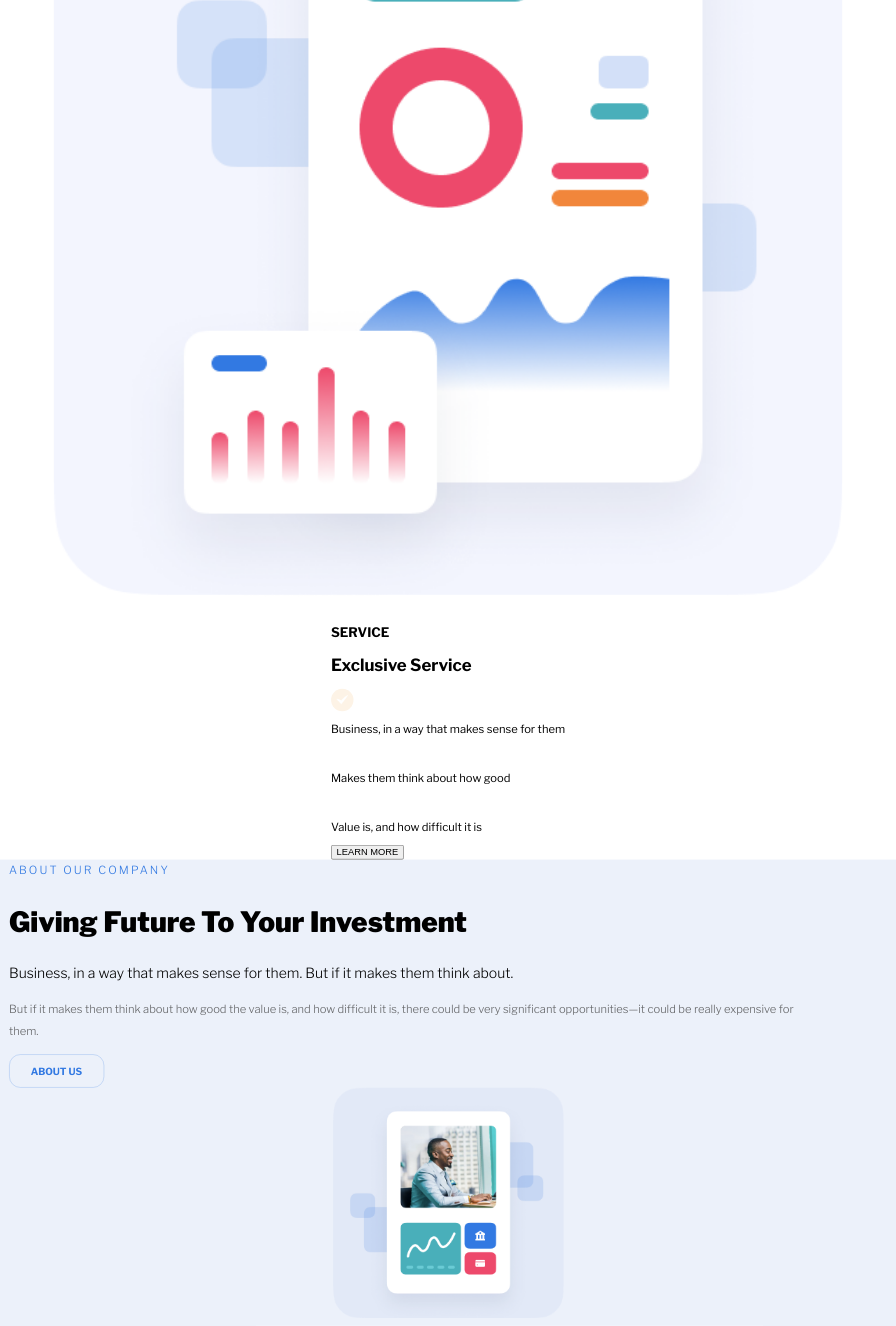
Repository: adryelfelipe/frontend-prova
Page: prova-figma/Prova/index.html
An editor plug-in stored every save of this project. The page is shown before and after a run of saves, followed by the edit.
The browser window is 1280 px wide. The pictures show the part of the page from y = 1920 to 3840 px (the page is 3814 px tall before and 3840 px after), at 70% of full size.

Above is the page before, as saved 2026-06-22 19:12:15.

### prova-figma/Prova/index.html
<!DOCTYPE html>
<html lang="en">
<head>
    <meta charset="UTF-8">
    <meta name="viewport" content="width=device-width, initial-scale=1.0">
    <link rel="stylesheet" href="style/variaveis.css">
    <link rel="stylesheet" href="./style/style.css">
    <title>Document</title>
</head>
<body>
    <header>
        <h2>MNY</h2>

        <nav>
            <p>About</p>
            <p>Features</p>
            <p>Services</p>
            <p>Pricing</p>
            <p>Blog</p>
        </nav>

        <button>CONTACT</button>

        <img src="./assets/icon/hamburguer.svg" alt="">
    </header>
    <main>
        <section class="hero">
            <article class="hero-first-article">
                <h3 class="subtitle-base hero-subtitle">MAKE MONEY</h3>
                <h1 class="title-base hero-title">Grow Your Money Like Never Before</h1>
                <p class="paragraph hero-paragraph">Business, in a way that makes sense for them. But if it makes them think about how good the value.</p>
                <button class="hero-button">GET STARTED</button>
            </article>
            <article class="hero-second-article">
                <!-- <img class src="assets/img/homem-terno.png" alt=""> -->
            </article>
        </section>

        <section class="service">
            <div class="service-container">
                <article class="service-card">
                    <div class="bg-icon-fly">
                        <img src="./assets/icon/icon1-fly-section2.svg" class="icon-fly" alt="">
                    </div>

                    <h3 class="subtitle-tertiary">Strong Security</h3>
                    <p class="paragraph">Way that makes sense for them. But if it makes them think about how good the value is, and how difficult it is.</p>
                </article>

                <article class="service-card">
                    <div class="bg-icon-backpack">
                        <img src="./assets/icon/icon2-backpack-section2.png" class="icon-backpack" alt="">
                    </div>

                    <h3 class="subtitle-tertiary">Creative Solutions</h3>
                    <p class="paragraph">But if it makes them think about how good the value is, and how difficult it is, there could be very significant.</p>
                </article>

                <article class="service-card">
                    <div class="bg-icon-rocket">
                        <img src="./assets/icon/icon3-rocket-section2.png" class="icon-rocket" alt="">
                    </div>

                    <h3 class="subtitle-tertiary">Free Online</h3>
                    <p class="paragraph">Good the value is, and how difficult it is, there could be very significant opportunities.</p>
                </article>
            </div>

            <div class="service-container-line">

            </div>

            <img src="./assets/img/infos-section2.png" class="service-img" alt="">

            <article>
                <h3>SERVICE</h3>
                <h2>Exclusive Service</h2>

                <div>
                    <div class="bg-icon-correct">
                        <img src="./assets/icon/correct-icon-section2.png" class="icon-correct" alt="">
                    </div>

                    <p>Business, in a way that makes sense for them</p>
                </div>

                <div>
                    <img src="./assets/icon/correct-icon-section2.png" alt="">
                    <p>Makes them think about how good</p>
                </div>

                <div>
                    <img src="./assets/icon/correct-icon-section2.png" alt="">
                    <p>Value is, and how difficult it is</p>
                </div>

                <button>LEARN MORE</button>
            </article>
        </section>
        <section class="our-company">
            <article class="company-first-article">
                <h3 class="subtitle-base company-subtitle">ABOUT OUR COMPANY</h3>
                <h2 class="subtitle-secondary">Giving Future To Your Investment</h2>
                <p class="company-paragraph">Business, in a way that makes sense for them. But if it makes them think about.</p>
                <p class="paragraph company-paragraph-second">But if it makes them think about how good the value is, and how difficult it is, there could be very significant opportunities—it could be really expensive for them.</p>
                <button class="company-button">ABOUT US</button>
            </article>
            <article class="company-second-article">
                <img src="assets/img/our-company.png" alt="">
            </article>
        </section>
    </main>
</body>
</html>

### prova-figma/Prova/style/variaveis.css
@import url('https://fonts.googleapis.com/css2?family=Libre+Franklin:ital,wght@0,100..900;1,100..900&display=swap');

:root {
    --primary-color: #FFFFFF;
    --header-icon-border-color: rgba(255, 255, 255, 0.3);
    --bg-color: rgba(50, 121, 226, 1);

    --subtitle: rgba(170, 196, 234, 1);

    --normal-line: rgba(213, 214, 225, 1);

    /*Icons Session 2*/
    --bg-icon-fly: rgba(230, 247, 248, 1);
    --bg-icon-backpack: rgba(252, 237, 240, 1);
    --bg-icon-rocket: rgba(253, 243, 230, 1);
    --bg-icon-correct: rgba(50, 121, 226, 1);

    --icon-fly-color: rgba(73, 175, 186, 1);
    --icon-backpack-color: rgba(237, 73, 107, 1);
    --icon-rocket-color: rgba(241, 134, 59, 1);
    --icon-correct-color: rgba(255, 255, 255, 1)
}

.title-base{
    font-family: 'Libre Franklin';
    font-weight: 900;
    font-size: 3.5rem;
    line-height: 64px;
    letter-spacing: -1px;
}

.subtitle-base{
    margin: 0;
    font-family: 'Libre Franklin';
    font-weight: 300;
    font-size: 1rem;
    line-height: 32px;
    letter-spacing: 3px;
    text-transform: uppercase;
}

.subtitle-secondary{
    font-family: 'Libre Franklin';
    font-weight: 900;
    font-size: 2.5rem;
    line-height: 48px;
    letter-spacing: 0px;
}

.subtitle-tertiary{
    font-family: Libre Franklin;
    font-weight: 900;
    font-size: 24px;
    line-height: 32px;
    letter-spacing: 0px;
}

.paragraph{
    font-family: 'Libre Franklin';
    font-weight: 300;
    font-size: 1rem;
    line-height: 32px;
    letter-spacing: 0px;
}

### prova-figma/Prova/style/style.css
body{
    font-family:"Libre Franklin";
    margin: 0px;
}

/* HEADER */
header{
    display: flex;
    justify-content: space-around;
    align-items: center;
    background-color: var(--bg-color);
}

header nav{
    display: none;
}

header button{
    display: none;
}

header img {
    border: solid 1px var(--header-icon-border-color);
    border-radius: 16px;
}

header h2 {
    color: var(--primary-color);
}


/* SECTION HERO */
.hero{
    background: linear-gradient(135deg, #3279E2 0%, #CACAEB 100%);
    margin-bottom: 80px;
}

.hero-first-article{
    width: 98%;                     /*OBSERVAÇÃO IMPORTANTE EM QUESTÃO          DO POSICIONAMENTO E FIDELIDADE AO FIGMA*/
    justify-self: center;           /*O POSICIONAMENTO FOI ALTERADO POIS, EMBORA A TIPOGRAFIA TENHA SIDO COPIADA EXTRITAMENTE SEMLHANTE AO FIGMA OS TAMANHOS E POSICIONAMENTOS DA TELA NA RESOLUÇÃO MÍNIMA INDICADA NÃO DARIAM CERTO*/
}

.hero-subtitle{
    color: var(--subtitle);
}

.hero-title{
    color: var(--primary-color);
}

.hero-paragraph{
    color: rgba(255, 255, 255, 0.5);
}

.hero-button{
    background-color: rgba(17, 17, 17, 1);
    color: var(--primary-color);
    padding: 16px 30px;
    font-family: Libre Franklin;
    font-weight: 700;
    font-size: 14px;
    line-height: 100%;
    letter-spacing: 0px;
    text-align: center;
    text-transform: uppercase;
    border: none;
    border-radius: 16px;
}

/* .hero-second-article{
    width: 405px;
    height: 80%;
}

.image{
    object-fit: cover;

} */

/* SECTION SERVICE */
.service {
    display: flex;
    flex-direction: column;
    align-items: center;
}

.service-container {
    display: flex;
    flex-direction: column;
    gap: 64px;
}

.service-container-line {
    height: 1px;
    background-color: var(--normal-line);
    width: 85vw;
    justify-self: center;
    margin-top: 80px;
    margin-bottom: 95px;
}

.service-img {
    justify-self: center;
    width: 88vw;
    height: 88vw;
}

.service-card {
    display: flex;
    flex-direction: column;
}

.service-card p {
    width: 306px;
}

.bg-icon-fly {
    display: flex;
    justify-content: center;
    align-items: center;
    border-radius: 100px;
    width: 6rem;
    height: 6rem;
    background-color: var(--bg-icon-fly)
}

.icon-fly {
    height: 2rem;
    width: 3rem;
}

.bg-icon-backpack {
    display: flex;
    justify-content: center;
    align-items: center;
    border-radius: 100px;
    width: 6rem;
    height: 6rem;
    background-color: var(--bg-icon-backpack)
}

.icon-backpack {
    height: 2,5rem;
    width: 3rem;
}

.bg-icon-rocket {
    display: flex;
    justify-content: center;
    align-items: center;
    border-radius: 100px;
    width: 6rem;
    height: 6rem;
    background-color: var(--bg-icon-rocket)
}

.icon-rocket {
    height: 3rem;
    width: 3rem;
}

.bg-icon-correct {
    display: flex;
    justify-content: center;
    align-items: center;
    border-radius: 100px;
    width: 2rem;
    height: 2rem;
    background-color: var(--bg-icon-rocket)
}

.icon-correct {
    width: 1rem;
    height: 0,8rem;
}

/* SECTION OUR COMPANY */

.our-company{
    background-color: rgba(236, 241, 250, 1);
}

.company-subtitle{
    color: rgba(50, 121, 226, 1);
}

.company-paragraph{
    font-family: Libre Franklin;
    font-weight: 300;
    font-size: 20px;
    line-height: 32px;
    letter-spacing: 0px;
    width: 90%;
}

.company-button{
    background-color: transparent;
    color: rgba(50, 121, 226, 1);
    padding: 16px 30px;
    font-family: Libre Franklin;
    font-weight: 700;
    font-size: 14px;
    line-height: 100%;
    letter-spacing: 0px;
    text-align: center;
    text-transform: uppercase;
    border: 1px solid rgba(50, 121, 226, 0.3);
    border-radius: 16px;
}

.company-paragraph-second{
    color: rgba(51, 51, 51, 0.75);
    width: 90%;
}

.company-first-article{
    width: 98%;
    justify-self: center;
}

.company-second-article{
    justify-self: center;
}

After the next 4 saves:
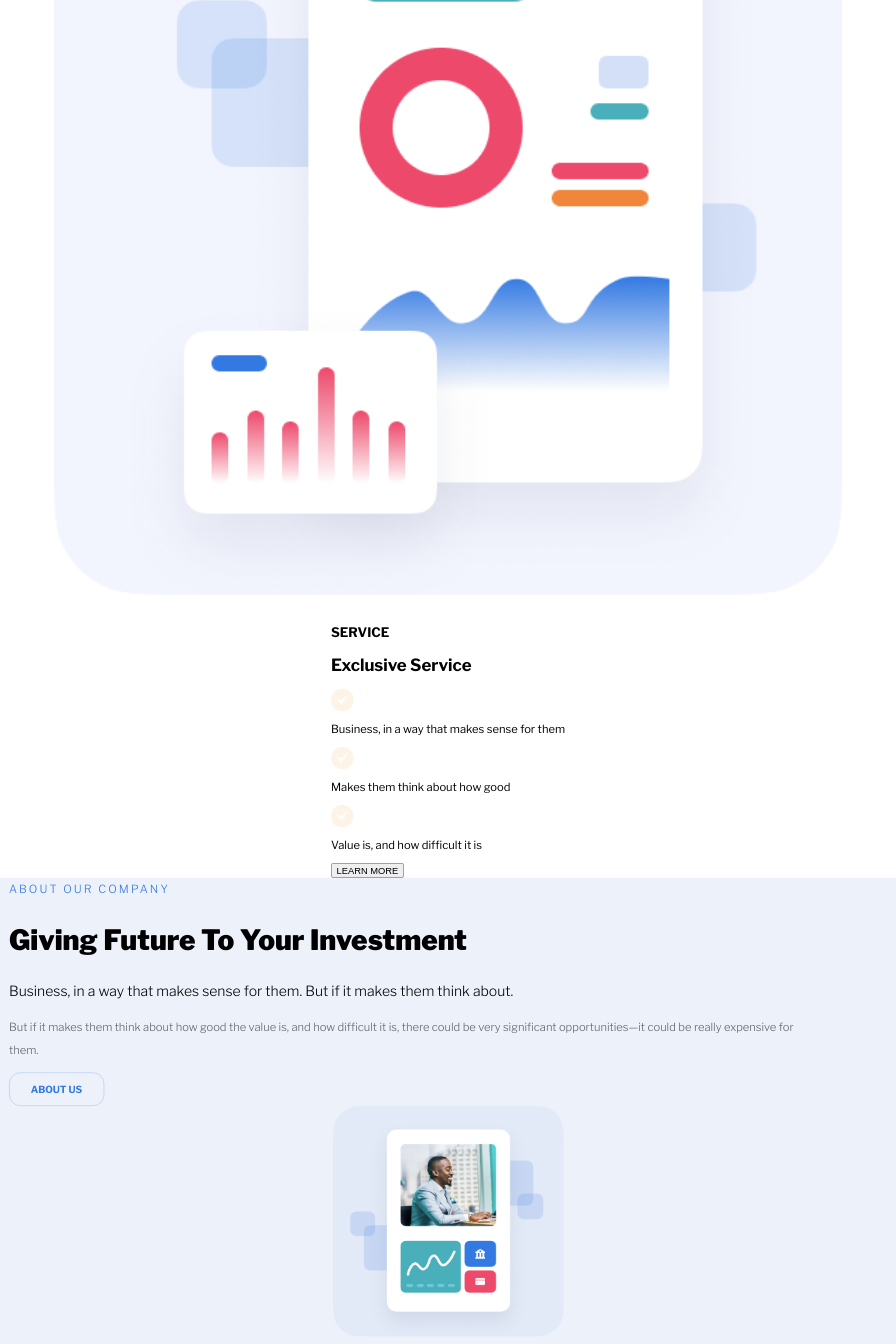
The 4 saves are shown as one change because they came seconds apart.
The last was saved 12 s later.
--- a/prova-figma/Prova/index.html
+++ b/prova-figma/Prova/index.html
@@ -85,12 +85,18 @@
                 </div>
 
                 <div>
-                    <img src="./assets/icon/correct-icon-section2.png" alt="">
+                    <div class="bg-icon-correct">
+                        <img src="./assets/icon/correct-icon-section2.png" class="icon-correct" alt="">
+                    </div>
+
                     <p>Makes them think about how good</p>
                 </div>
 
                 <div>
-                    <img src="./assets/icon/correct-icon-section2.png" alt="">
+                    <div class="bg-icon-correct">
+                        <img src="./assets/icon/correct-icon-section2.png" class="icon-correct" alt="">
+                    </div>
+
                     <p>Value is, and how difficult it is</p>
                 </div>
 
